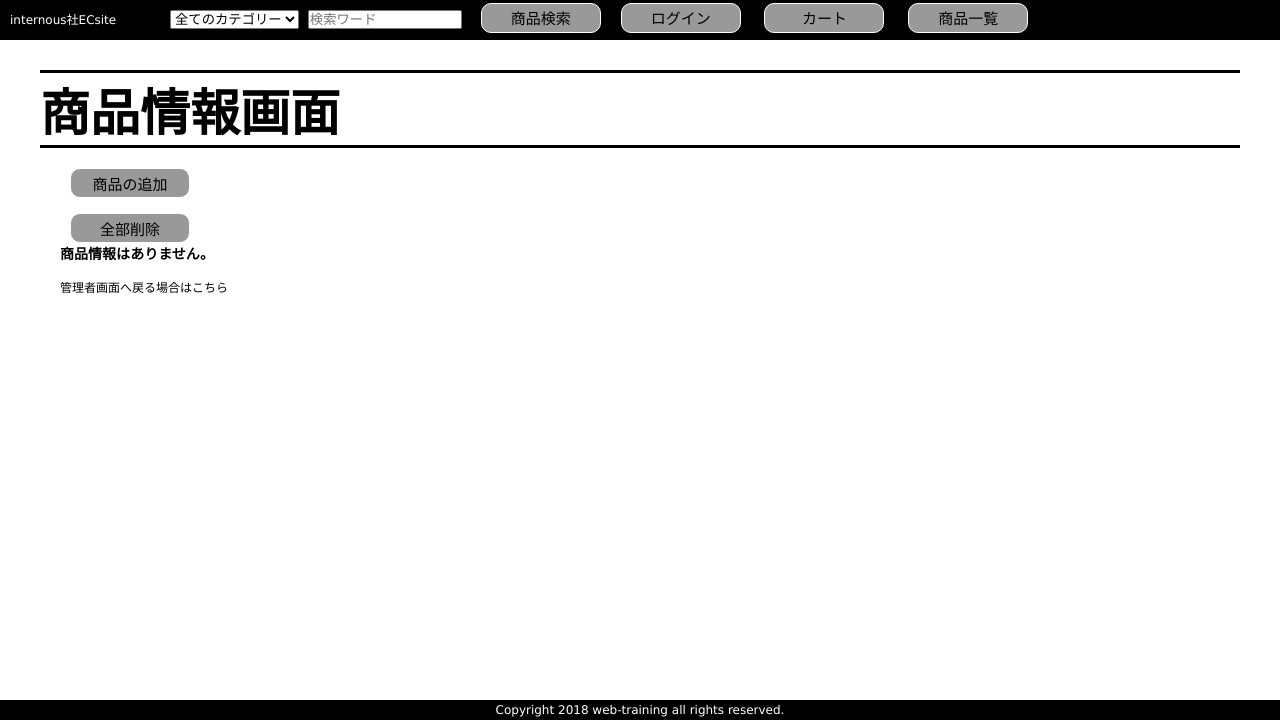
Repository: geeta333/ECsite
Page: http://localhost/web-training/itemInfo.jsp
These files come from the project's save history. The page is drawn as it stood at one moment and after the next save; the edit follows.
The browser window is 1280 px wide. The pictures show the whole page.
The page is served by Tomcat 9.

Above is the page before, as saved 2018-07-27 06:31:13.

After the next save:
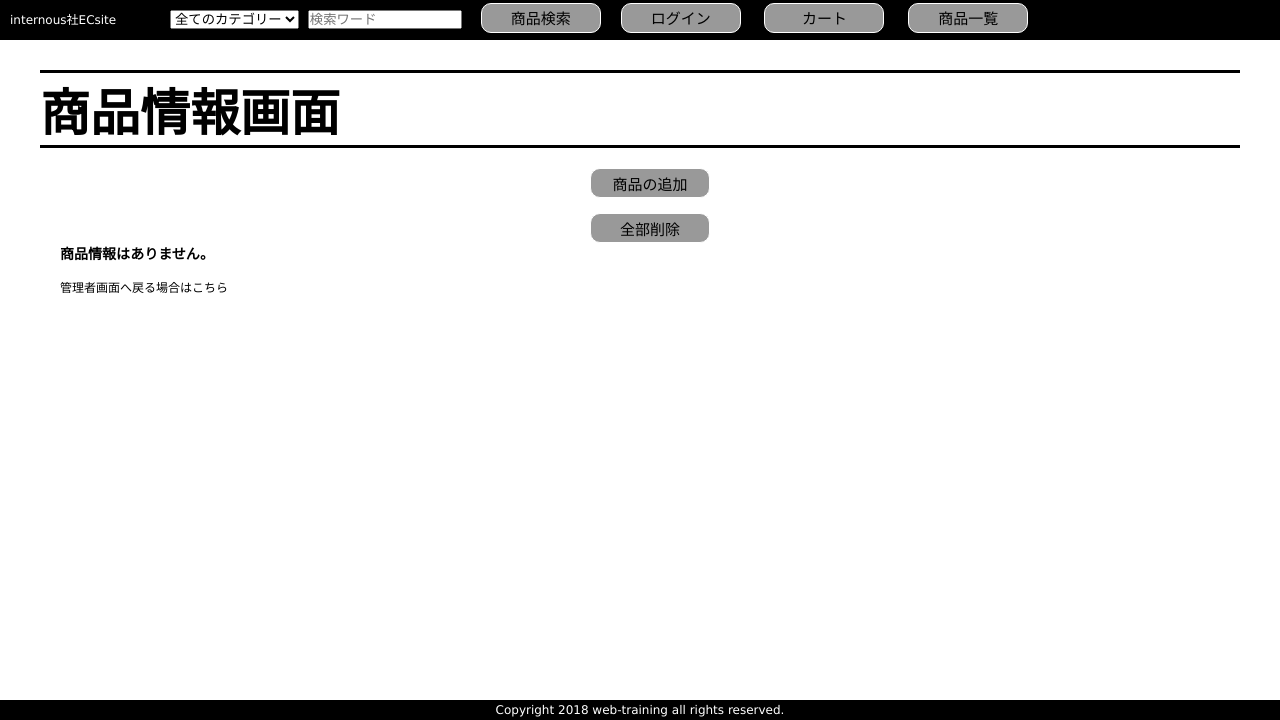
Saved 99 s later.
--- a/web-training/WebContent/itemInfo.jsp
+++ b/web-training/WebContent/itemInfo.jsp
@@ -16,13 +16,15 @@
 			<h1>商品情報画面</h1>
 		</div>
 		<div class="marginLeft">
-			<s:form action="ItemCreateAction" class="marginTop">
-				<s:submit value="商品の追加" class="button"/>
-			</s:form>
-			<s:form action="ItemInfoAction" class="marginTop">
-				<input type="hidden" name="deleteFlg" value="1">
-				<s:submit value="全部削除" method="delete" class="button" />
-			</s:form>
+			<div class="center">
+				<s:form action="ItemCreateAction" class="marginTop">
+					<s:submit value="商品の追加" class="button"/>
+				</s:form>
+				<s:form action="ItemInfoAction" class="marginTop">
+					<input type="hidden" name="deleteFlg" value="1">
+					<s:submit value="全部削除" method="delete" class="button" />
+				</s:form>
+			</div>
 			<s:if test="itemInfoList == null">
 				<h3>商品情報はありません。</h3>
 			</s:if>
